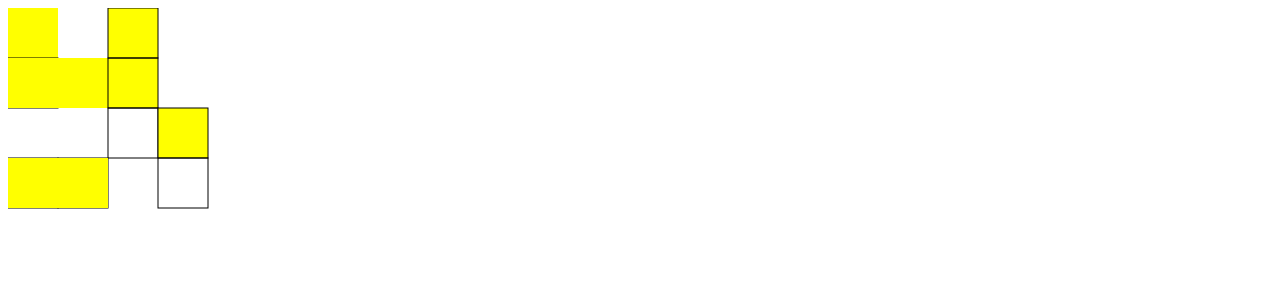
Repository: JIHYEONHE/doit
Page: FAST_ZZANG/static/canvas3.html
An editor plug-in stored every save of this project. The page is shown before and after the next save, followed by the edit.
The browser window is 1280 px wide. The pictures show the whole page.

Above is the page before, as saved 2022-10-18 01:37:50.

### FAST_ZZANG/static/canvas3.html
<!DOCTYPE html>
<html>
<head>
<meta charset="UTF-8">
<title>Insert title here</title>
<script type="text/javascript">
var cvr2D = [
	   [1,0,1,0],
	   [1,1,1,0],
	   [0,0,0,1],
	   [1,1,0,0]
	];

function myinit(){
    const c = document.getElementById('mycan');
    // 2. 2d모드의 그리기 객체를 취득한다. => 이 객체를 통해 canvas에 그림을 그릴 수 있다.
    const ctx = c.getContext("2d");

    for(var i=0; i<4; i++){ //i는 y
		for(var j=0; j<4; j++){
		    if(cvr2D[i][j]==1){
			    ctx.fillStyle = 'yellow';
			    ctx.fillRect(j*50,i*50, 50, 50);
		    }else{
		        ctx.strokeStyle = 'black';
		        ctx.strokeRect(i*50, j*50, 50, 50);

		    }
		}
	}

//     for(var i=0; i<4; i++){ //i는 y
// 		for(var j=0; j<4; j++){
// 			    ctx.fillStyle = 'pink';
// 			    ctx.fillRect(j*50,i, 50, 50);
// 		}
//     }
}

</script>
</head>
<body onload="myinit()">

<canvas id="mycan" width="400px" height="400px">

</canvas>

</body>
</html>

After the next save:
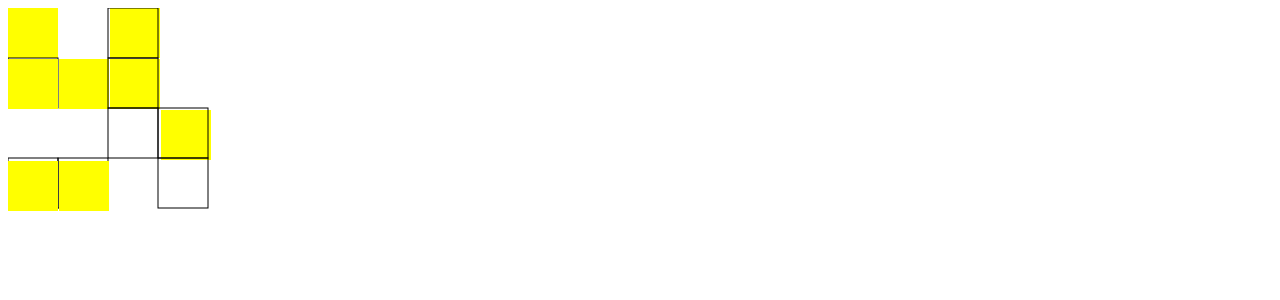
Saved 5 s later.
--- a/FAST_ZZANG/static/canvas3.html
+++ b/FAST_ZZANG/static/canvas3.html
@@ -20,7 +20,7 @@
 		for(var j=0; j<4; j++){
 		    if(cvr2D[i][j]==1){
 			    ctx.fillStyle = 'yellow';
-			    ctx.fillRect(j*50,i*50, 50, 50);
+			    ctx.fillRect(j*51,i*51, 50, 50);
 		    }else{
 		        ctx.strokeStyle = 'black';
 		        ctx.strokeRect(i*50, j*50, 50, 50);
